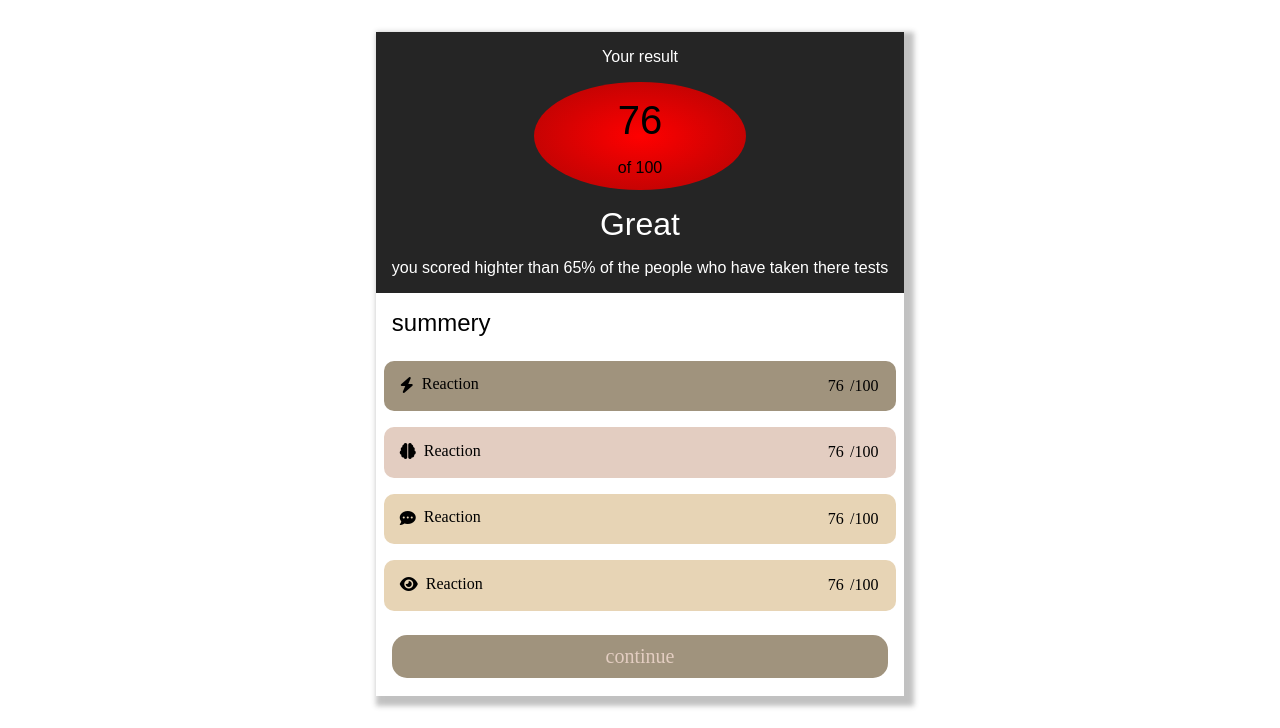
Repository: rahanwz/Card2-raha
Page: card2.html
An editor plug-in stored every save of this project. The page is shown before and after a run of saves, followed by the edit.
The browser window is 1280 px wide. The pictures show the whole page.
Some web fonts or font styles are not loaded; a fallback is used. Some web libraries are served in a nearby version.

Above is the page before, as saved 2024-02-21 16:50:01.

After the next 3 saves:
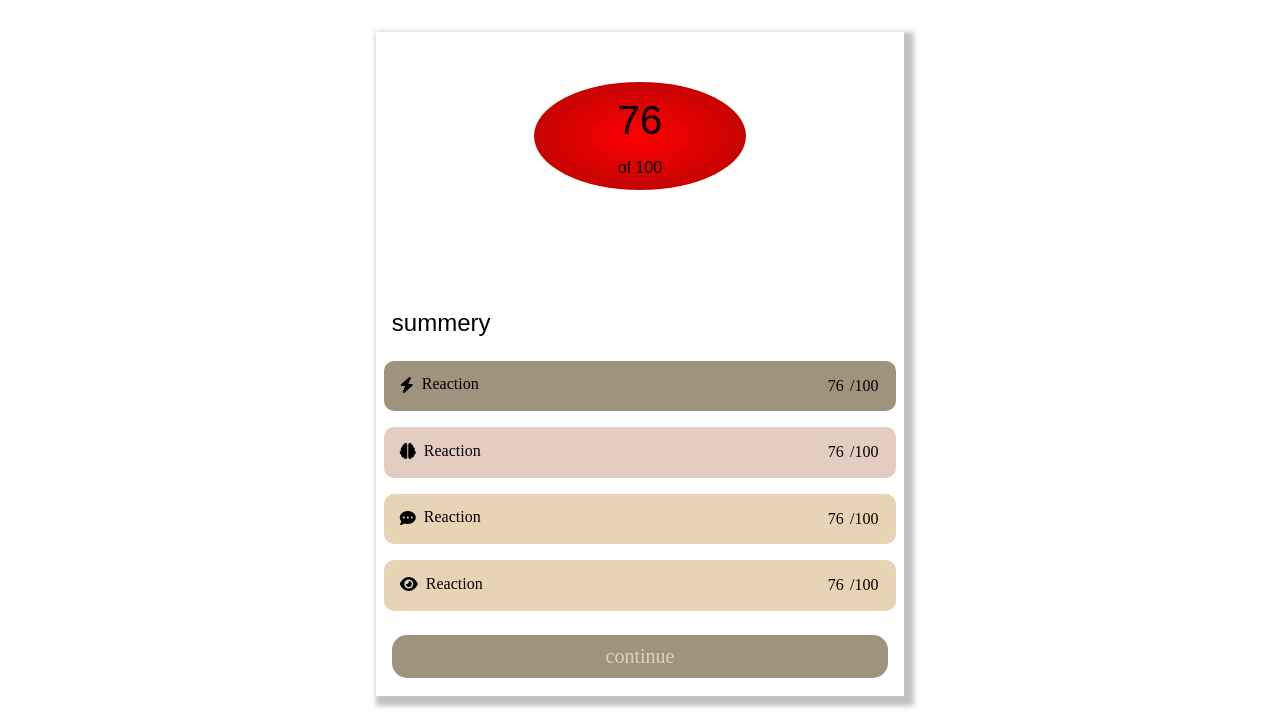
The 3 saves are shown as one change because they came seconds apart.
The last was saved 30 s later.
--- a/card2.css
+++ b/card2.css
@@ -46,7 +46,8 @@ font-family: "Protest Riot", sans-serif;
 }
 
 .top_card {
-  background-color: #252525;
+  background: radial-gradient()
+  #252525;
 }
 
 .bottom_card :first-child {
